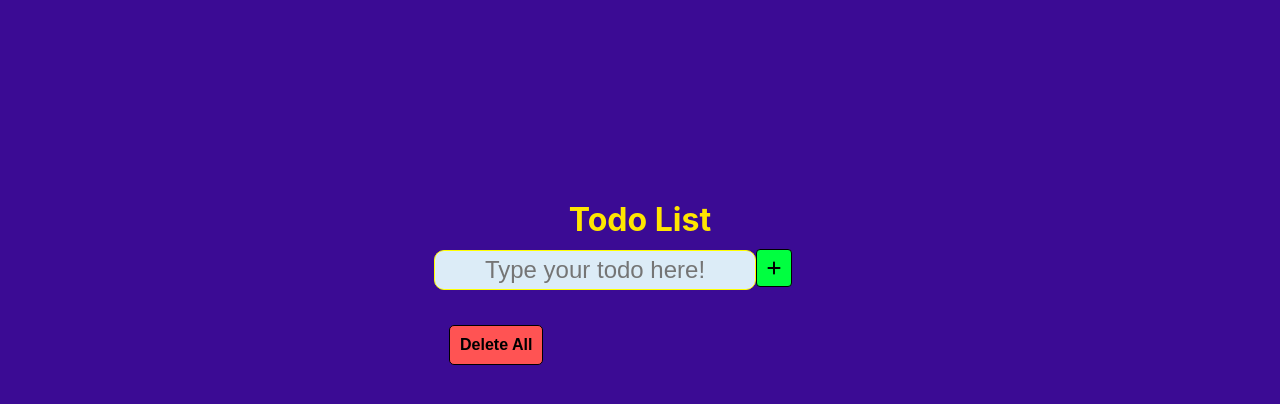
Repository: badhon252/todo-app
Page: /
An editor plug-in stored every save of this project. The page is shown before and after the next save, followed by the edit.
The browser window is 1280 px wide. The pictures show the whole page.
The project was rebuilt for these pictures with package versions that can differ from the ones it lists, and the page was loaded fresh each time.

Above is the page before, as saved 2022-01-26 17:22:26.

### public/index.html
<!DOCTYPE html>
<html lang="en">

<head>
  <meta charset="utf-8" />
  <link rel="icon" href="%PUBLIC_URL%/favicon.ico" />
  <meta name="viewport" content="width=device-width, initial-scale=1" />
  <meta name="theme-color" content="#000000" />
  <meta name="description" content="Web site created using create-react-app" />
  <link rel="apple-touch-icon" href="%PUBLIC_URL%/logo192.png" />

  <link rel="manifest" href="%PUBLIC_URL%/manifest.json" />

  <link rel="stylesheet" href="https://cdnjs.cloudflare.com/ajax/libs/font-awesome/5.15.4/css/all.min.css"
    integrity="sha512-1ycn6IcaQQ40/MKBW2W4Rhis/DbILU74C1vSrLJxCq57o941Ym01SwNsOMqvEBFlcgUa6xLiPY/NS5R+E6ztJQ=="
    crossorigin="anonymous" referrerpolicy="no-referrer" />
  <title>React App</title>
</head>

<body>
  <noscript>You need to enable JavaScript to run this app.</noscript>
  <div id="root"></div>
  <!--
      This HTML file is a template.
      If you open it directly in the browser, you will see an empty page.

      You can add webfonts, meta tags, or analytics to this file.
      The build step will place the bundled scripts into the <body> tag.

      To begin the development, run `npm start` or `yarn start`.
      To create a production bundle, use `npm run build` or `yarn build`.
    -->
</body>

</html>

### src/App.js
import Todo from "./components/Todo";

function App() {
  return (
    <div className="App">
      <Todo />
    </div>
  );
}

export default App;

### src/components/Todo.js
import React, { useState } from "react";
import { FontAwesomeIcon } from "@fortawesome/react-fontawesome";
import { faPlus, faTrash, faEdit } from "@fortawesome/free-solid-svg-icons";
import "../Styles/style.css";

export default function Todo() {
  const [inputItems, setInputItems] = useState("");
  const [todo, setTodo] = useState([]);

  const addItems = () => {
    if (!inputItems) {
      alert("Your input field is blank!!");
    } else {
      const myNewInput = {
        id: new Date().getTime().toString(),
        name: inputItems,
      };
      setTodo((e) => [...todo, myNewInput]);
      setInputItems("");
    }
  };

  const handleClick = (index) => {
    const updateItems = todo.filter((current) => {
      return current.id !== index;
    });
    setTodo(updateItems);
  };

  return (
    <div className="main-div">
      <h1>Todo List</h1>
      <div className="inputs">
        <input
          type="text"
          name=""
          id="input-box"
          placeholder="Type your todo here!"
          value={inputItems}
          onChange={(e) => setInputItems(e.target.value)}
        />
        <FontAwesomeIcon icon={faPlus} className="add-btn" onClick={addItems} />

        {/* <button type="submit" className="add-btn" onClick={addItems}>
          Add
        </button> */}
      </div>
      {/* showing items =============== */}
      <div className="show-items">
        {todo.map((currentItems) => {
          return (
            <div key={currentItems.id}>
              <li className="todo-item">
                {currentItems.name}
                <FontAwesomeIcon icon={faEdit} className="icon edit" />
                <FontAwesomeIcon
                  icon={faTrash}
                  className="icon delete"
                  onClick={() => handleClick(currentItems.id)}
                />
              </li>
            </div>
          );
        })}
        <input
          type="button"
          value="Delete All"
          className="delete-all"
          onClick={() => setTodo([])}
        />
      </div>
    </div>
  );
}

### src/Styles/style.css
* {
  margin: 0;
  padding: 0;
  background-color: #3b0b94;
}

.main-div {
  padding-top: 200px;
  margin: auto;
  /* text-align: center; */
  width: 27rem;
}
h1 {
  color: #ffe600;
  text-align: center;
}
#input-box {
  color: #000000;
  padding: 5px;
  font-size: 1.5rem;
  border: 1px solid yellow;
  background-color: #dcecf7;
  border-radius: 10px;
  text-align: center;
}
.inputs {
  margin: 10px;
}

.add-btn {
  padding: 10px;
  background-color: rgb(0, 255, 64);
  color: rgb(0, 0, 0);
  border: 1px solid rgb(0, 0, 0);
  font-weight: 700;
  font-size: 1rem;
  border-radius: 4px;
  cursor: pointer;
  margin-bottom: -7px;
}

.icon {
  padding: 0 10px;
  border-radius: 5px;
  cursor: pointer;
  /* background-color: rgb(0, 255, 34); */
  /* color: rgb(0, 0, 0); */
  /* border: 1px solid black; */
  /* font-weight: 700; */
}
.todo-item {
  /* background-color: #5b0080; */
  padding: 5px;
  color: white;
  font-size: 20px;
  font-weight: 700;
}

.delete:hover {
  color: red;
}
.edit:hover {
  color: rgb(0, 255, 0);
}

.delete-all {
  background-color: rgb(255, 83, 83);
  color: rgb(0, 0, 0);
  font-weight: 600;
  border: 1px solid black;
  border-radius: 5px;
  font-size: 1rem;
  padding: 10px;
  margin: 25px;
  cursor: pointer;
}

Loaded but not shown: src/index.js (common file); src/index.css (common file); src/reportWebVitals.js (common file)

After the next save:
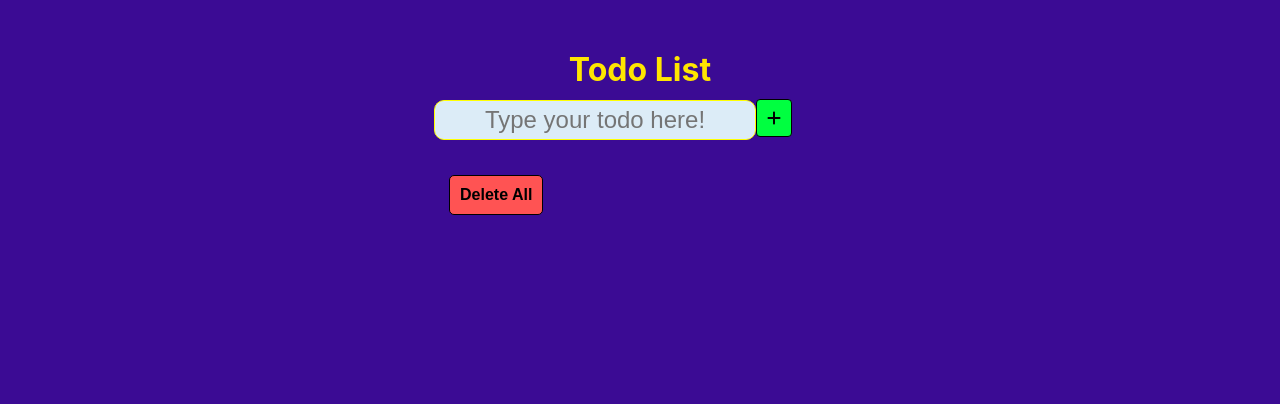
Saved 5 s later.
--- a/src/Styles/style.css
+++ b/src/Styles/style.css
@@ -5,7 +5,7 @@
 }
 
 .main-div {
-  padding-top: 200px;
+  padding-top: 50px;
   margin: auto;
   /* text-align: center; */
   width: 27rem;
